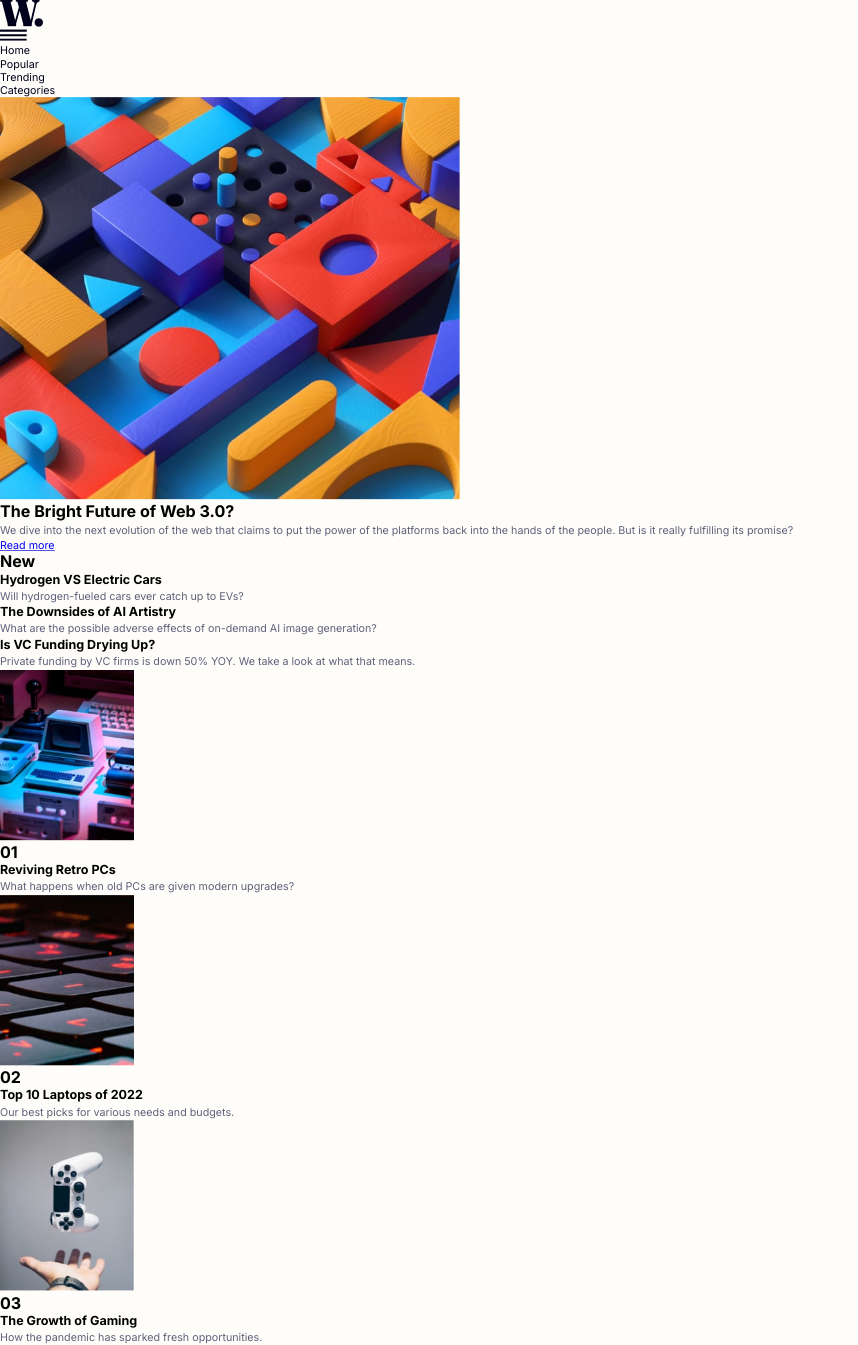
Repository: Arkitecth/news-webpage
Page: index.html
An editor plug-in stored every save of this project. The page is shown before and after the next save, followed by the edit.
The browser window is 1280 px wide. The pictures show the whole page, at 67% of full size.

Above is the page before, as saved 2023-06-07 19:37:54.

### index.html
<!DOCTYPE html>
<html lang="en">
<head>
  <meta charset="UTF-8">
  <meta name="viewport" content="width=device-width, initial-scale=1.0"> <!-- displays site properly based on user's device -->
  <title>News homepage</title>
  <link rel="stylesheet" href="style.css">
  <link rel="stylesheet" media="screen and (max-width:768px)" href="mobile.css">
</head>
<body>
  <main>
    <nav class="flex-container">
      <img class="logo" src="assets/images/logo.svg" alt="logo">
      <div class="hamburger-menu">
        <img class="icon-menu" src="assets/images/icon-menu.svg" alt="icon-menu">
          <ul class="menu-items">
            <li><a href="#"> Home </a> </li>
            <li><a href="#"> Popular </a></li>
            <li><a href="#">Trending </a></li>
            <li><a>Categories</a></li>
          </ul>
      </div>
    </nav>

    <section class="showcase-card">
      <img class="background-image" src="assets/images/image-web-3-mobile.jpg" alt="background-image">
      <h1>The Bright Future of Web 3.0? </h1>
      <p> We dive into the next evolution of the web that claims to put the power of the platforms back into the hands of the people.
        But is it really fulfilling its promise? </p>
      <a class="primary-btn" href="#">Read more </a>
    </section>

    <section class="news-card">
      <h2>New</h2>
      <article>
        <h3>Hydrogen VS Electric Cars</h3>
        <p>Will hydrogen-fueled cars ever catch up to EVs?  </p>
      </article>

      <article>
        <h3>The Downsides of AI Artistry </h3>
        <p>What are the possible adverse effects of on-demand AI image generation?</p>
      </article>
      <article>
        <h3>Is VC Funding Drying Up?</h3>
        <p>Private funding by VC firms is down 50% YOY. We take a look at what that means.</p>
      </article>
  </section>

  <section class="game-card">
    <article>
      <img src="assets/images/image-retro-pcs.jpg" alt="image-retro-pcs">
      <div class="game-content">
        <h2>01</h2>
        <h3>Reviving Retro PCs</h3>
        <p>What happens when old PCs are given modern upgrades?</p>
      </div>
    </article>

    <article>
      <img src="assets/images/image-top-laptops.jpg" alt="image-top-laptops">
      <div class="game-content">
        <h2>02</h2>
        <h3>Top 10 Laptops of 2022</h3>
        <p>Our best picks for various needs and budgets.</p>
      </div>
    </article>

    <article>
      <img src="assets/images/image-gaming-growth.jpg" alt="image-top-laptops">
      <div class="game-content">
        <h2>03</h2>
        <h3>The Growth of Gaming</h3>
        <p>How the pandemic has sparked fresh opportunities.</p>
      </div>
    </article>

  </section>

  </main>
<script src="script.js"></script>






</body>
</html>

### style.css
@import url('https://fonts.googleapis.com/css2?family=Inter:wght@400;700;800&display=swap');

:root {
    --dark-primary: #00001A;
    --dark-secondary:#5E607A;
    --almost-white:#FFFDFA;
    --primary-color:#F15D51;
}

/* Main Styling */
* {
    margin: 0;
    padding: 0;
    box-sizing: border-box;
}

.menu-items li a {
    text-decoration: none;
    color: #00001A;

}

.menu-items li a:hover {
    color: var(--primary-color);
}


p {
    color: #5E607A;
    line-height: 26px;
}

body {
    font-family: 'Inter', sans-serif;
    background: #FFFDFA;
}

### script.js
const hamburger = document.querySelector(".hamburger-menu");
const iconMenu = document.querySelector(".icon-menu");
const menuItems = document.querySelector(".menu-items");
const backgroundImage = document.querySelector(".background-image");

const body = document.querySelector("body");
iconMenu.addEventListener("click", () => {
    hamburger.classList.toggle("menu-box");
    iconMenu.classList.toggle("toggle-icon");
    menuItems.classList.toggle("toggle-menu-items");
    body.classList.toggle("toggle-dark");
    backgroundImage.classList.toggle("toggle-background-brightness");
})
iconMenu.src = "assets/images/icon-menu.svg";

### mobile.css
:root {
    --dark-primary: #00001A;
    --dark-secondary:#5E607A;
    --almost-white:#FFFDFA;
    --primary-color:#F15D51;
}
main {
    display: grid;
    grid-template-rows: auto auto auto auto;
}

.flex-container {
    display: flex;
    justify-content: space-between;
    align-items: center;
}

.container {
    margin: 1.25rem;
}

.logo {
    margin: 1.25rem;
}


/* Menu and Nav */

.menu-items {
    list-style-type: none;
    display: none;
    font-size: 1.125rem;
}

.menu-items li {
    padding: 20px;
}


.hamburger-menu {
    margin: 20px;
}

.toggle-dark {
    background-color: rgba(18, 23, 37, 0.6);
}

.menu-box {
    position: absolute;
    margin: 0;
    top: 0;
    right: 0;
    height: 100vh;
    width: 40vh;
    background-color: var(--almost-white);
    z-index: 1;
}


.toggle-icon {
    content: url("assets/images/icon-menu-close.svg");
    padding-top: 20px;
    margin-left: 80%;
}

.toggle-menu-items {
    display: block;
    padding: 20px;
}

.toggle-background-brightness {
    filter: brightness(50%);
}


/* Showcase Card */

.background-image {
    width: 343px;
}

.showcase-card {
    display: grid;
    grid-template-rows: repeat(1fr 1fr 1fr 1fr);
    align-content: center;
    justify-content: center;
}

.showcase-card h1 {
    font-size: 2.5rem;
    font-weight: 800;
    width: 21.4375rem;
    padding: 1rem 0 1rem 0;
}

.showcase-card p {
    width: 21.4375rem;
}

.primary-btn {
    margin-top: 20px;
}

.primary-btn {
    text-decoration: none;
    text-transform: uppercase;
    background-color: var(--primary-color);
    color: var(--almost-white);
    width: 185px;
    height: 48px;
    font-weight: 700;
    font-size: 14px;
    text-align: center;
    padding-top: 15px;
    letter-spacing: 4.38px;
}

.primary-btn:hover {
    background-color: #00001A;
}

/* News Card */
.news-card {
    display: grid;
    justify-content: center;
    background-color: black;
    color: #FFFDFA;
    margin: 100px 30px 0 30px;
    padding-left: 20px;
}

.news-card h2 {
    color: #E9AA52;
    font-size: 2rem;
    padding-top: 1rem;
}

.news-card article h3 {
    padding-bottom: 1.5rem;
    padding-top: 2rem;
}

.news-card article p {
    padding-bottom: 1.5rem;
    border-bottom: 1px solid #5E607A;
    color: #C5C6CE;
}

/* Game Card */

.game-card {
    display: grid;
    grid-template-rows: 1fr 1fr 1fr;
    margin: 100px 30px 0 30px;
    justify-content: center;
    padding-bottom: 100px;
    align-items: center;
    gap:30px
}

.game-card img {
    width: 100px;
    height: 129px;
}

.game-card article {
    display: grid;
    grid-template-columns: auto 1fr;
}

.game-content {
   padding-left: 20px;
}

.game-content h2 {
    color: #C5C6CE;
    font-size: 2rem;
    padding-bottom: 0.5rem;
}

.game-content h3 {
    padding-bottom: 1rem;
}

After the next save:
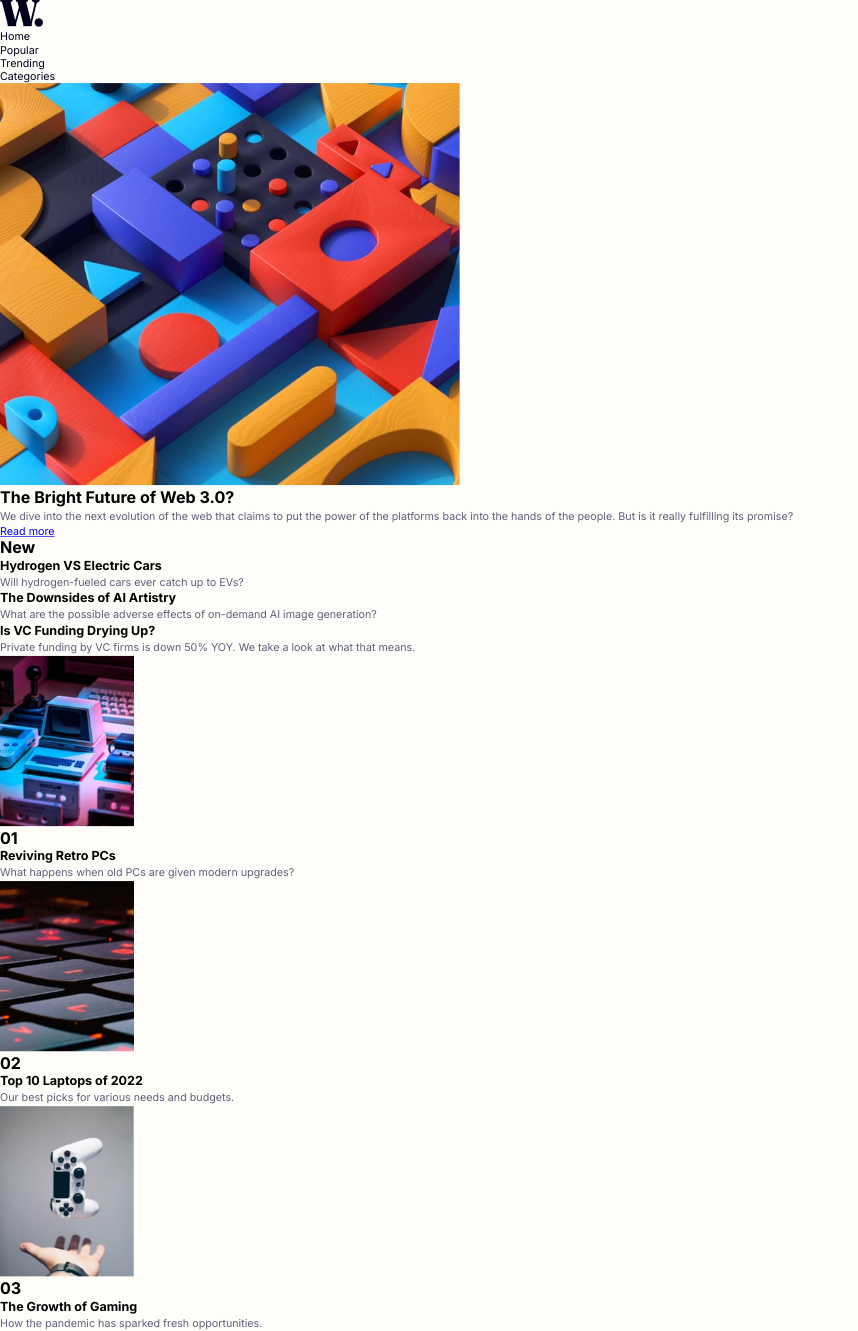
Saved 33 s later.
--- a/style.css
+++ b/style.css
@@ -34,3 +34,7 @@
     font-family: 'Inter', sans-serif;
     background: #FFFDFA;
 }
+
+.icon-menu {
+    display: none;
+}
